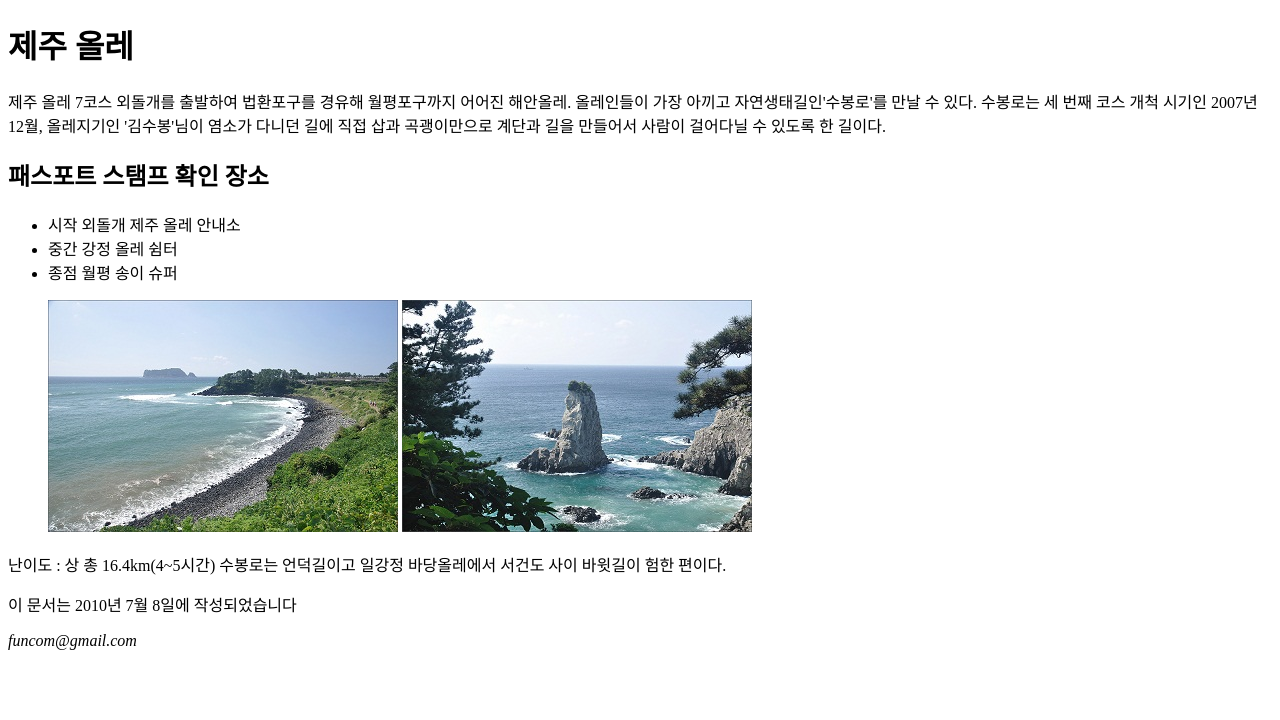
Repository: jinaa11/Kcc_Web
Page: Html/WebContent/sample2.html
An editor plug-in stored every save of this project. The page is shown before and after the next save, followed by the edit.
The browser window is 1280 px wide. The pictures show the whole page.

Above is the page before, as saved 2024-07-08 07:19:29.

### Html/WebContent/sample2.html
<!DOCTYPE html>
<html>
<head>
<meta charset="UTF-8">
<title>Insert title here</title>
</head>
<body>
<header>
	<h1>제주 올레</h1>
	<p>
		제주 올레 7코스
  		외돌개를 출발하여 법환포구를 경유해 월평포구까지 어어진 해안올레.
  		올레인들이 가장 아끼고 자연생태길인'수봉로'를 만날 수 있다.
  		수봉로는 세 번째 코스 개척 시기인 2007년 12월, 올레지기인 '김수봉'님이 염소가 다니던 길에 직접 삽과 곡괭이만으로 계단과 길을 만들어서 사람이 걸어다닐 수 있도록 한 길이다.
	</p>
</header>

<section>
	<h2>패스포트 스탬프 확인 장소</h2>
	<ul>
		<li>시작  외돌개 제주 올레 안내소</li>
		<li>중간  강정 올레 쉼터</li>
		<li>종점  월평 송이 슈퍼</li>
	</ul>
</section>

<figure>
	<figcaption></figcaption>
	<img src="images/road1.jpg">
    <img src="images/road2.jpg">
</figure>

<section>
	<div>
		<!-- 거리 태그 -->
  		난이도 : 상 총 16.4km(4~5시간)
  		수봉로는 언덕길이고 일강정 바당올레에서 서건도 사이 바윗길이 험한 편이다.
	</div>
</section>

<footer>
	<p>이 문서는 2010년 7월 8일에 작성되었습니다</p>
	<address>
		<!-- 주소 태그 -->
		<p>funcom@gmail.com</p>
	</address>
</footer>












</body>
</html>

After the next save:
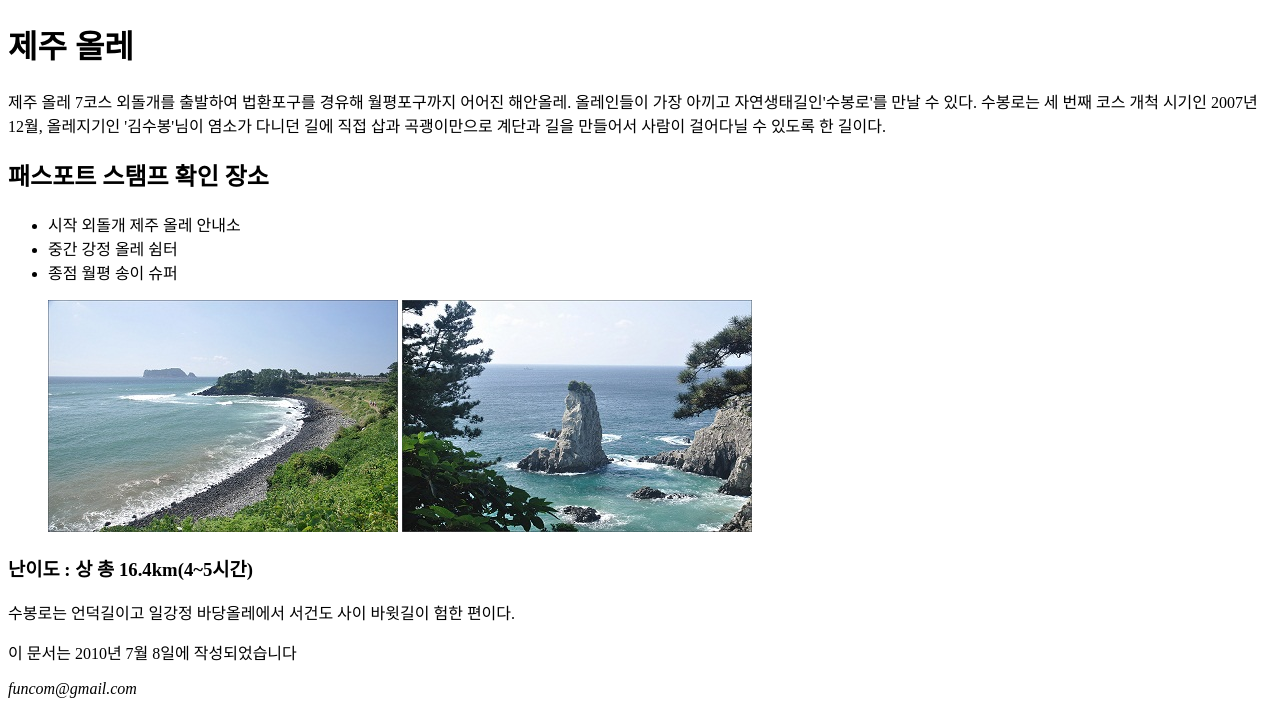
Saved 24 s later.
--- a/Html/WebContent/sample2.html
+++ b/Html/WebContent/sample2.html
@@ -33,7 +33,7 @@
 <section>
 	<div>
 		<!-- 거리 태그 -->
-  		난이도 : 상 총 16.4km(4~5시간)
+		<h3>난이도 : 상 총 16.4km(4~5시간)</h3>
   		수봉로는 언덕길이고 일강정 바당올레에서 서건도 사이 바윗길이 험한 편이다.
 	</div>
 </section>
